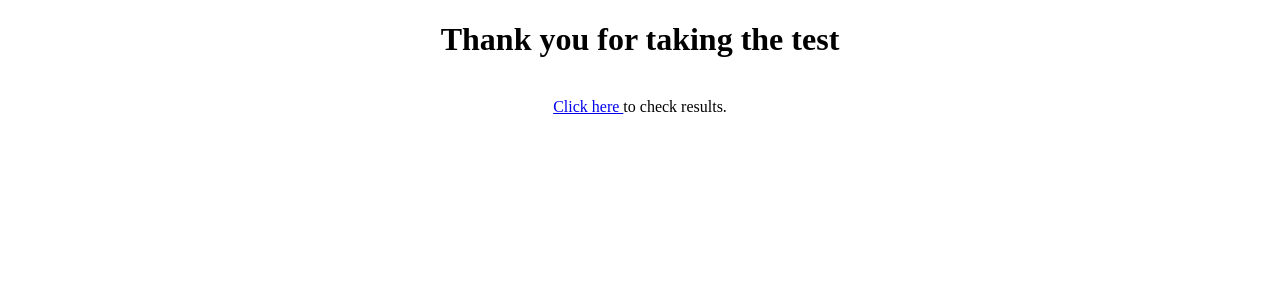
Repository: MriOj/OnlineExamPortal
Page: http://localhost/ExamPortal/thanks.jsp
The author's editor kept a copy of each file at every save. The page is drawn from the files as they stood at one save, then again after the next save.
The browser window is 1280 px wide. The pictures show the whole page.
The page is served by Tomcat 9. Other server files are loaded and not shown.

Above is the page before, as saved 2021-09-05 04:38:14.

### ExamPortal/src/main/webapp/thanks.jsp
<%@ page language="java" contentType="text/html; charset=ISO-8859-1"
    pageEncoding="ISO-8859-1"%>
<!DOCTYPE html>
<html>
<head>
<meta charset="ISO-8859-1">
<title>Thank You </title>
<style type="text/css">
.center {
text-align: center;
}
</style>
</head>
<body>
<body>
<div class="center">
<h1 >Thank you for taking the test</h1><br>
<a href="studentlogin">Click here </a> to check results.

</div>
</body>

</html>

After the next save:
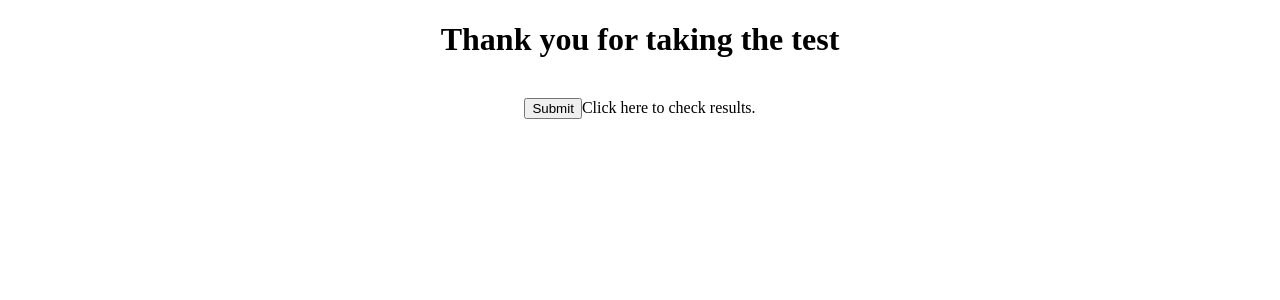
Saved 3 min 41 s later.
--- a/ExamPortal/src/main/webapp/thanks.jsp
+++ b/ExamPortal/src/main/webapp/thanks.jsp
@@ -15,7 +15,7 @@ text-align: center;
 <body>
 <div class="center">
 <h1 >Thank you for taking the test</h1><br>
-<a href="studentlogin">Click here </a> to check results.
+<input type="submit" method="post">Click here </a> to check results.
 
 </div>
 </body>
